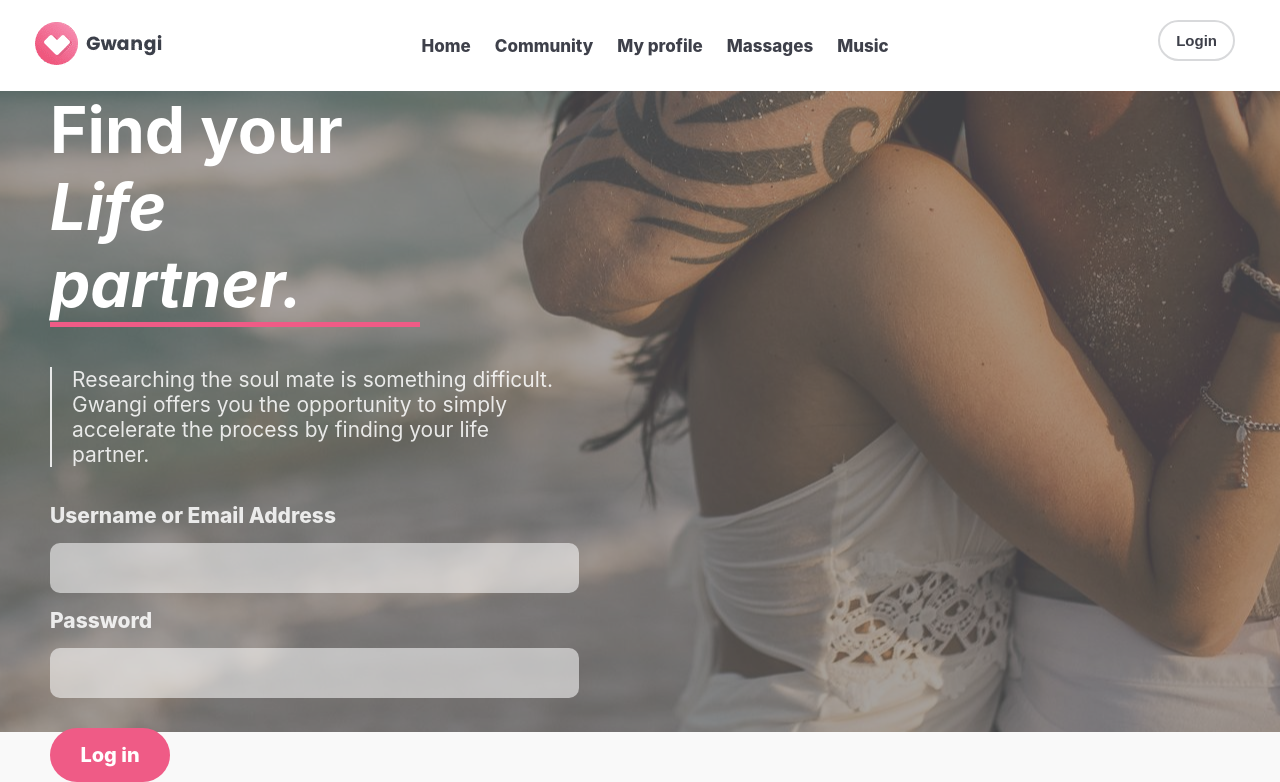
Repository: ShokunLiubov/Soc-Network-React
Page: /login
The author's editor kept a copy of each file at every save. The page is drawn from the files as they stood at one save, then again after the next save.
The browser window is 1280 px wide. The pictures show the whole page.
The project was rebuilt for these pictures with package versions that can differ from the ones it lists, and the page was loaded fresh each time. Also part of the build but not shown: src/components/common/Paginator/Paginator.module.css, src/components/common/Paginator/Paginator.jsx, src/components/Community/Community.module.css, src/components/Community/Friend/Friend.jsx, src/components/Community/Community.jsx, src/components/common/Preloader/Preloader.jsx, src/components/Community/CommunityContainer.jsx, src/components/Dialogs/Dialogs.module.css and 14 more.

Above is the page before, as saved 2022-08-24 18:41:03.

### src/index.js
import reportWebVitals from './reportWebVitals';
import store from './redux/redux-store';
import React from 'react';
import ReactDOM from 'react-dom/client';
import './index.css';
import App from './App';
import { BrowserRouter } from 'react-router-dom';
import { Provider } from 'react-redux'

const root = ReactDOM.createRoot(document.getElementById('root'));

  root.render(

      <BrowserRouter>
        <Provider store={store}>
          <App />
        </Provider>
      </BrowserRouter>


  );


// If you want to start measuring performance in your app, pass a function
// to log results (for example: reportWebVitals(console.log))
// or send to an analytics endpoint. Learn more: https://bit.ly/CRA-vitals
reportWebVitals();

### src/redux/redux-store.js
import {combineReducers, legacy_createStore as createStore} from "redux"
import dialogsReducer from "./dialogs-reducer"
import profileReducer from "./profile-reducer"
import communityReducer from "./community-reducer"
import authReducer from "./auth-reducer"

let reducers = combineReducers({
    profilePage : profileReducer,
    dialogsPage : dialogsReducer,
    communityPage : communityReducer,
    auth: authReducer
})

let store = createStore(reducers)

export default store;

### src/App.js
import React from 'react';
import { Routes, Route } from "react-router-dom";
import './App.css';
import Registration from './components/Auth/Registration/Registration';
import CommunityContainer from './components/Community/CommunityContainer';
import DialogsContainer from './components/Dialogs/DialogsContainer';
import Home from './components/Home/Home';
import Music from './components/Music/Music';
import Navbar from './components/Navbar/Navbar';
import ProfileContainer from './components/Profile/ProfileContainer';

function App(props) {
  return (

    <div className='app-wrapper'>
      <Navbar />
      <Routes>
        <Route path='/home/*' element={<Home />} />

        <Route path='/community/*' element={<CommunityContainer />} />

        <Route path='/profile/:id' element={<ProfileContainer />} />
        <Route path='/profile/*' element={<ProfileContainer />} />

        <Route path='/dialogs/*' element={<DialogsContainer />} />

        <Route path='/music/*' element={<Music />} />

        <Route path='/login/*' element={<Registration />} />

      </Routes>

    </div>

  );
}

export default App;

### src/redux/dialogs-reducer.js
const SAND_MASSAGE = 'SAND-MASSAGE'
const UPDATE_NEW_MASSAGE_TEXT = 'UPDATE-NEW-MASSAGE-TEXT'

let initialState = {
    dialogsData: [
        { id: 1, name: 'Vika', ava: './../images/ava-w1.jpeg' },
        { id: 2, name: 'Eugen', ava: './../images/ava-m2.png' },
        { id: 3, name: 'Liubov', ava: './../images/ava-w3.jpeg' },
        { id: 4, name: 'Max', ava: './../images/ava-m1.jpeg' },
        { id: 5, name: 'Nika', ava: './../images/ava-w2.webp' }
    ],
    massagesData: [
        { id: 1, massage: 'Hi' },
        { id: 2, massage: 'How are you?' },
        { id: 3, massage: 'I am okey!' }
    ],
    newMassageText: ''
}

const dialogsReducer = (state = initialState, action) => {

    switch (action.type) {
        case SAND_MASSAGE:
            let text = state.newMassageText
            return {
                ...state,
                newMassageText: '',
                massagesData: [...state.massagesData, {id: Date.now(),massage: text}]
            }

        case UPDATE_NEW_MASSAGE_TEXT:
            return {
                ...state,
                newMassageText: action.newText
            }

        default:
            return state
    }

}

export const sandMassage = () => ({ type: SAND_MASSAGE })

export const onMassageChange = (text) =>
    ({ type: UPDATE_NEW_MASSAGE_TEXT, newText: text })

export default dialogsReducer;

### src/redux/profile-reducer.js
const ADD_POST = 'ADD-POST'
const UPDATE_NEW_POST_TEXT = 'UPDATE-NEW-POST-TEXT'
const SET_USER_PROFILE = 'SET-USER-PROFILE'

let initialState = {
    userProfile: {},
    postsData: [
        { id: 1, massage: 'Hi, how are you?', countLikes: '12', time: '29 minutes ago' },
        { id: 2, massage: 'It is my first post', countLikes: '99+', time: 'yesterday' },
        { id: 3, massage: 'My name Liubov, I am wife Eugen', countLikes: '32', time: 'week ago' }
    ],
    newPostText: ''
}

const profileReducer = (state = initialState, action) => {
    switch (action.type) {
        case ADD_POST:
            let newPost = {
                id: Date.now(),
                massage: state.newPostText,
                countLikes: '0',
                time: new Date().toLocaleTimeString()
            }
            return {
                ...state,
                newPostText: '',
                postsData: [newPost, ...state.postsData]
            }

        case UPDATE_NEW_POST_TEXT:
            return {
                ...state,
                newPostText: action.newText
            }
        case SET_USER_PROFILE:
            return {
                ...state,
                userProfile: action.profile

            }
        default:
            return state
    }


}

export const addPost = () => ({ type: ADD_POST })

export const updateNewPostText = (text) =>
    ({ type: UPDATE_NEW_POST_TEXT, newText: text })

export const setUserProfile = (profile) =>
    ({ type: SET_USER_PROFILE, profile})


export default profileReducer;

### src/redux/community-reducer.js
const FOLLOW = 'FOLLOW'
const UN_FOLLOW = 'UN-FOLLOW'
const SET_USERS = 'SET-USERS'
const SET_PAGE = 'SET-PAGE'
const SET_USERS_TOTAL_COUNT = 'SET-USERS-TOTAL-COUNT'
const TOGGLE_IS_FETCHING = 'TOGGLE-IS-FETCHING'

let initialState = {
    userData: [ ],
    pageSize: 10,
    totalUsersCount: 0,
    currentPage: 1,
    currentPageSize: 1,
    isFetching: false
}
const communityReducer = (state = initialState, action) => {
    switch (action.type) {
        case FOLLOW:
            return {
                ...state,
                userData: state.userData.map (user => {
                    if(user.id === action.userID) {
                        return {...user, followed: true}
                    }
                    return user
                })
            }
        case UN_FOLLOW:
            return {
                ...state,
                userData: state.userData.map (user => {
                    if(user.id === action.userID) {
                        return {...user, followed: false}
                    }
                    return user
                })
            }
        case SET_USERS:
            return {
                ...state,
                userData: action.users
            }
        case SET_PAGE:
            return {
                ...state,
                currentPage: action.page
                }
        case SET_USERS_TOTAL_COUNT:
            return {
                ...state,
                totalUsersCount: action.UsersTotalCount
            }
        case TOGGLE_IS_FETCHING:
            return {
                ...state,
                isFetching: action.isFetching
            }
        default:
            return state
    }
}

export const follow = (userID) => ({ type: FOLLOW, userID })

export const unFollow = (userID) => ({ type: UN_FOLLOW, userID })

export const setUsers = (users) => ({ type: SET_USERS, users })

export const setPage = (page) => ({ type: SET_PAGE, page })

export const setUsersTotalCount = (UsersTotalCount) => ({ type: SET_USERS_TOTAL_COUNT, UsersTotalCount })

export const toggleFetching = (isFetching) => ({ type: TOGGLE_IS_FETCHING, isFetching })

export default communityReducer;


// Создать кнопки prev next
// if(currentPage > 1) { prev
// } минус 1  при отрисовки подставляться значения, исключение первая страница
// Отображать в пагинации 5 стр и одну последнюю , учесть если будет меньше 5 стр

### src/redux/auth-reducer.js
const SET_USER_DATA = 'SET-USER-DATA'
// const UN_FOLLOW = 'UN-FOLLOW'

let initialState = {
    userId: undefined,
    email: undefined,
    login: undefined,
    isFetching: false
}
const authReducer = (state = initialState, action) => {
    switch (action.type) {
        case SET_USER_DATA:
            return {
                ...state,
                ...action.data
            }
        // case TOGGLE_IS_FETCHING:
        //     return {
        //         ...state,
        //         isFetching: action.isFetching
        //     }
        default:
            return state
    }
}

export const setUserData = (userId, email, login) => ({ type: SET_USER_DATA, data: {userId, email, login} })

// export const toggleFetching = (isFetching) => ({ type: TOGGLE_IS_FETCHING, isFetching })

export default authReducer;

### src/components/Auth/Registration/Registration.jsx
import React from 'react';
import styles from './Registration.module.css'

const Registration = () => {
    return (
        <div className={styles.background}>
            <div className={styles.registration}>
                <div className={styles.title}>Find your<br />
                    <i>Life partner.</i></div>
                <p className={styles.excerption}>Researching the soul mate is something difficult. Gwangi offers you the opportunity to simply accelerate the process by finding your life partner.</p>
                <form>
                    <div className={styles.username}>
                        <label>Username or Email Address</label>
                        <input type="text" />
                    </div>
                    <div className={styles.password}>
                        <label>Password</label>
                        <input type="password" />
                    </div>
                    <div className={styles.buttonLogin}>
                        <span>Log in</span>
                    </div>

                </form>
            </div>
            {/* <div className={styles.decoration}> */}
                {/* <div className={styles.decorationGrey}></div>
                <div className={styles.decorationWhite}></div> */}
            {/* </div> */}

        </div>
    )
}

export default Registration;

### src/components/Dialogs/DialogsContainer.jsx
import React from 'react';
import { sandMassage, onMassageChange } from '../../redux/dialogs-reducer';
import Dialogs from './Dialogs';
import { connect } from 'react-redux'


let mapStateToProps = (state) => {
    return {
        dialogsData: state.dialogsPage.dialogsData,
        massagesData: state.dialogsPage.massagesData,
        newMassageText: state.dialogsPage.newMassageText
    }
}

const DialogsContainer = connect(mapStateToProps, { sandMassage, onMassageChange })(Dialogs)

export default DialogsContainer;

### src/components/Navbar/Navbar.jsx
import React from 'react';
import { NavLink } from 'react-router-dom';
import styles from './Navbar.module.css'

const Navbar = () => {
    return (
        <div className={styles.navbar}>
            {/* LOGO */}
            <div className={styles.logo}><img src='./../images/logotype.png' /></div>
             {/* LOGO */}

            {/* MENU */}
            <nav className={styles.menu}>
                <div className={styles.item}>
                    <NavLink to='/home' className={navData => navData.isActive ? styles.active : styles.item}>Home</NavLink>
                </div>
                <div className={styles.item}>
                    <NavLink to='/community' className={navData => navData.isActive ? styles.active : styles.item}>Community</NavLink>
                </div>
                <div className={styles.item}>
                    <NavLink to='/profile' className={navData => navData.isActive ? styles.active : styles.item}>My profile</NavLink>
                </div>
                <div to='/dialogs' className={styles.item}>
                    <NavLink to='/dialogs' className={navData => navData.isActive ? styles.active : styles.item}>Massages</NavLink>
                </div>
                <div className={styles.item}>
                    <NavLink to='/music' className={navData => navData.isActive ? styles.active : styles.item}>Music</NavLink>
                </div>
            </nav>
            {/* MENU */}

            {/* LOGIN */}
            <NavLink to='/login' className={styles.login}>
                <button className='button'>Login</button>
            </NavLink>
            {/* LOGIN */}

        </div>
    )
}

export default Navbar;

### src/components/Auth/Registration/Registration.module.css
.background {
    background-image: url(./../../../../public/images/registration-bgr.jpeg);
    background-repeat: no-repeat;
    background-position: center;
    width: 100%;
    height: 89vh;
    position: relative;
    display: flex;
    align-items: center;
    flex-direction: column;
}

.background::before {
    content: " ";
    width: 100%;
    height: 89vh;
    background-color: #696a6e99;
    position: absolute;
    z-index: 1;
}

.registration {
    margin-left: 50px;
    position: relative;
    z-index: 20;
}

.title {
    color: #ffffff;
    font-size: 64px;
    max-width: 370px;
    font-weight: 700;
    border-bottom: 5px solid #ef5b86;
}

.excerption {
    margin-top: 40px;
    color: rgba(255, 255, 255, 0.85);
    font-size: 21px;
    max-width: 40%;
    padding: 0px 20px;
    border-left: 2px solid rgba(255, 255, 255, 0.85);
}

/* FORM */
.username,
.password {
    display: flex;
    flex-direction: column;
    max-width: 43%;
    color: rgba(255, 255, 255, 0.85);
}

.username input,
.password input {
    background-color: #ffffff8c;
    color: #ffffff;
    font-size: 21px;
    font-weight: 800;
    border-radius: 10px;
    border: none;
    height: 50px;
    padding: 0 20px;
    outline:none;
}

.username label,
.password label {
    margin: 15px 0;
    font-size: 21px;
    font-weight: 800;
}

.buttonLogin {
    cursor: pointer;
    margin-top: 30px;
    background-color: #ef5b86;
    width: 120px;
    padding: 15px 0;
    display: flex;
    justify-content: center;
    align-items: center;
    color: #ffffff;
    border-radius: 30px;
    font-weight: 800;
    font-size: 20px;
}

/* FORM */

.decorationGrey {
    position: absolute;
    bottom: 0px;
    /* left: 0px; */
    right: 0px;
    width: 0;
	height: 0;
    border-top: 31px solid transparent;
	border-right: 100vh solid #f2f2f2;
	border-bottom: 0px solid #f2f2f2;
    /* transition: all 0.5s ease-out; */
}

.decorationWhite {
    position: absolute;
    bottom: 0px;
    right: 0;
    width: 0;
	height: 0;
	border-top: 29px solid transparent;
	border-right: 100vh solid #feffff;
	border-bottom: 5px solid #feffff;
    /* transition: all 0.5s ease-out; */
}

### src/components/Navbar/Navbar.module.css
.navbar {
    display: flex;
    justify-content: space-between;
    align-items: center;
    padding: 20px 35px;
    background-color: #ffffff;
}

.logo {
    cursor: pointer;
}

.menu {
    display: flex;
}

.item a {
    margin: 0 12px;
    font-size: 17px;
    color: #3e404a;
    font-weight: 800;
    cursor: pointer;
    text-decoration: none;
}

.item a.active {
    color: #ef5b86;
}

.login {
    text-decoration: none;
}

### src/components/Profile/Profile_body/MyPosts/Post/Post.module.css
.post {
    background-color: #ffffff;
    border: 1px solid #e8e8e9;
    border-radius: 10px;
    margin: 50px 0;
    position: relative;
    width: 70%;
    min-height: 100px;
}

.personInfo img {
    position: absolute;
    top: -20px;
    left: -20px;
    width: 80px;
    height: 80px;
    object-fit: cover;
    border-radius: 10px;
}

.personInfo {
    display: flex;
}

.postInfo {
    margin: 10px 80px;
}

.nickname {
    color: #3e404a;
    font-size: 18px;
    font-weight: 700;
}

.time {
    color: #9da6b0;
    font-size: 12px;
    font-weight: 600;
    margin-top: 5px;
}

.massage {
    color: #9ca6af;
    font-size: 15px;
    font-weight: 700;
    margin: 10px 80px;
}

.like {
    width: 100%;
    display: flex;
    justify-content: end;
}

button{
    background: none;
    border: none;
    display: flex;
    align-items: center;
    margin: 0 10px 10px;
}

.countLike {
    margin-left: 5px;
    color: #9da6b0;
    font-size: 12px;
    font-weight: 500;
}

Loaded but not shown: public/index.html (common file); src/reportWebVitals.js (common file); src/index.css (common file); src/App.css (common file); src/components/Home/Home.module.css (no stored copy; drawn as an empty file); src/components/Music/Music.module.css (no stored copy; drawn as an empty file); src/components/Profile/Profile.module.css (no stored copy; drawn as an empty file)

After the next save:
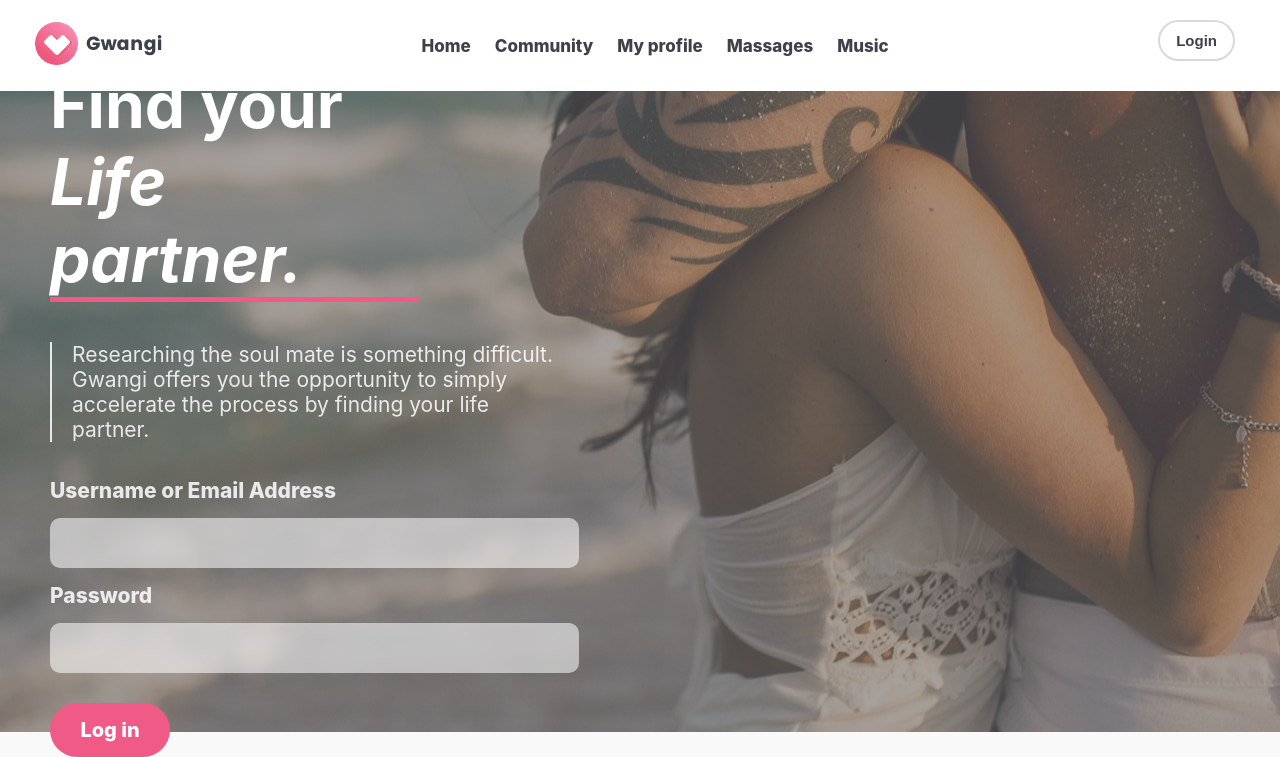
Saved 18 s later.
--- a/src/components/Auth/Registration/Registration.module.css
+++ b/src/components/Auth/Registration/Registration.module.css
@@ -7,7 +7,7 @@
     position: relative;
     display: flex;
     align-items: center;
-    flex-direction: column;
+    /* flex-direction: column; */
 }
 
 .background::before {
